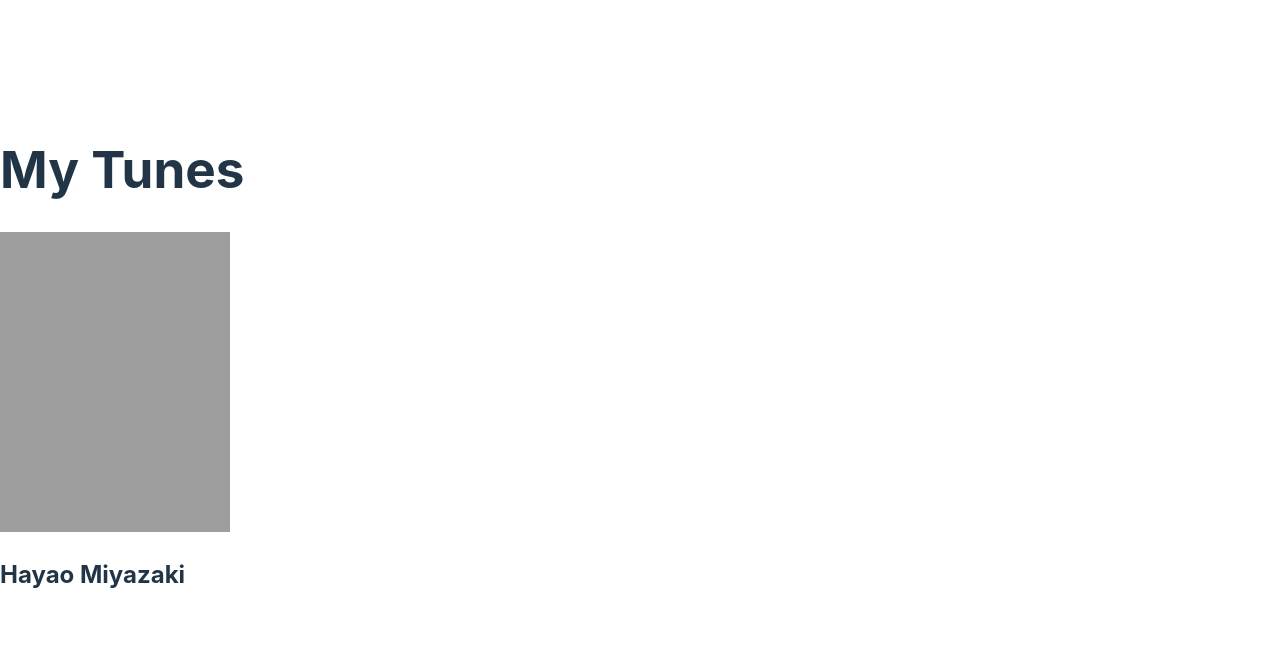
Repository: SamanthaYan298/my_app
Page: /
An editor plug-in stored every save of this project. The page is shown before and after the next save, followed by the edit.
The browser window is 1280 px wide. The pictures show the whole page.
Pictures or frames that could not be fetched are drawn as grey boxes. The project was rebuilt for these pictures with package versions that can differ from the ones it lists, and the page was loaded fresh each time. Also part of the build but not shown: vite.config.js.

Above is the page before, as saved 2024-09-12 15:24:21.

After the next save:
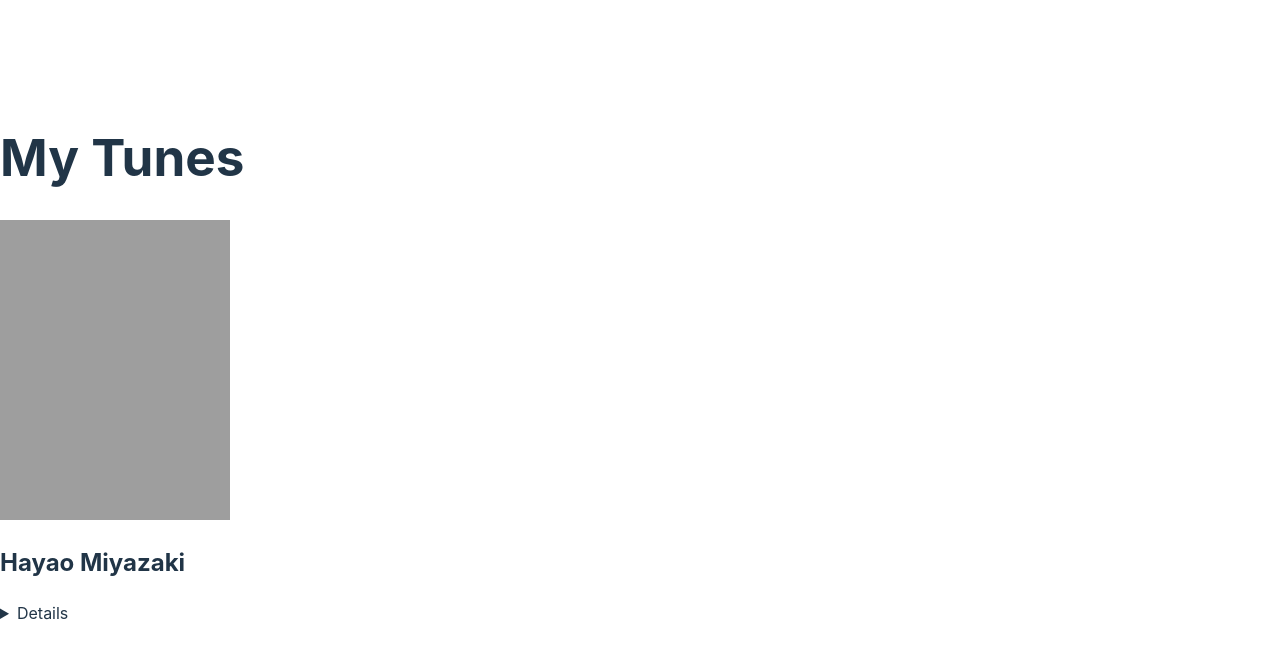
Saved 18 s later.
--- a/src/App.jsx
+++ b/src/App.jsx
@@ -9,6 +9,7 @@
         </div>
         <div>
           <h2>Hayao Miyazaki</h2>
+          <details></details>
         </div>
       </div>
     </>
